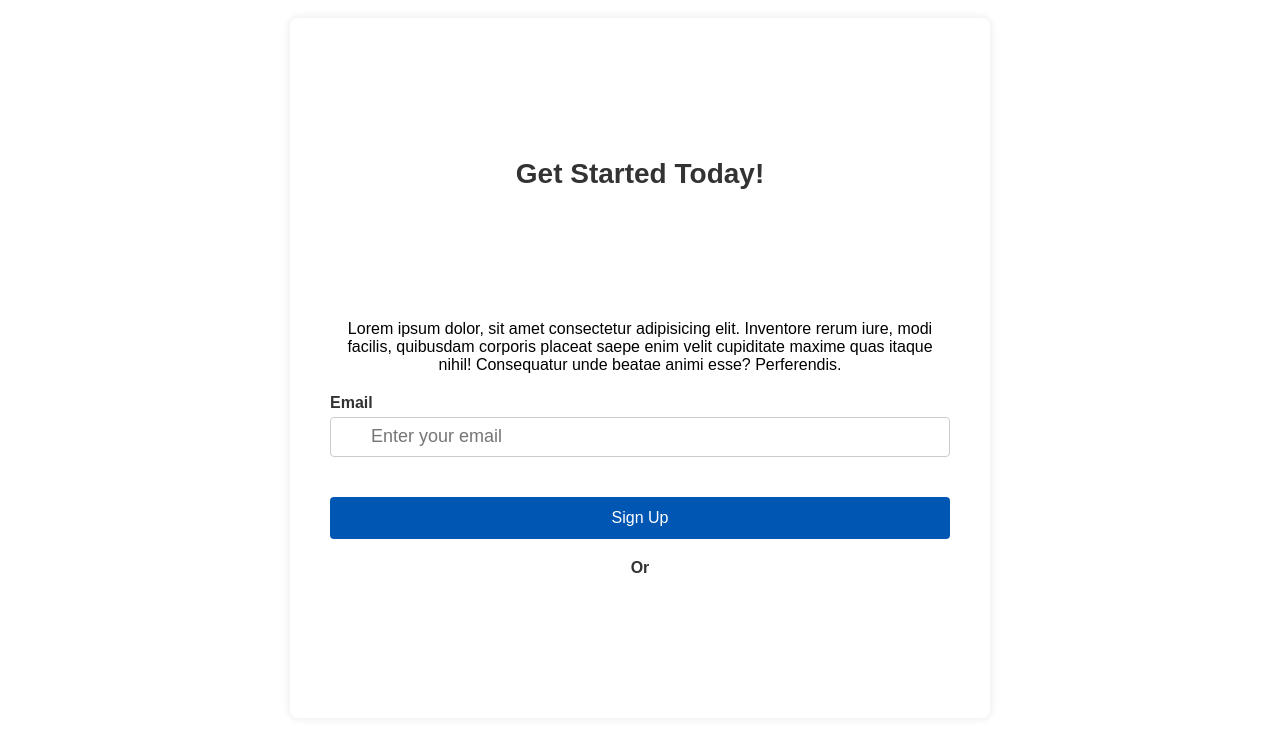
Repository: Femi007-gh/LOGIN-INTERFACE
Page: index.html
An editor plug-in stored every save of this project. The page is shown before and after a run of saves, followed by the edit.
The browser window is 1280 px wide. The pictures show the whole page.

Above is the page before, as saved 2025-01-21 06:50:25.

### index.html
<html>
  <head>
    <title></title>
    <link rel="stylesheet" href="style.css">
  </head>
  <body>
    <div class="container">
      <div class="left-session">
        <div class="form-container">
          <h1>Get Started Today!</h1>
          <p>Lorem ipsum dolor, sit amet consectetur adipisicing elit. Inventore rerum iure, modi facilis, quibusdam corporis placeat saepe enim velit cupiditate maxime quas itaque nihil! Consequatur unde beatae animi esse? Perferendis.</p>
          <form>
            <div class="inter-group">
              <p>Email</p>
              <input type="email" id="email" placeholder="Enter your email" class="email">
            </div>
           <button class="primary-btn" type="submit">
              Sign Up
            </button>
            </form>
            <p class="divider">Or</p>
            <div class="social-buttons">

      </div>
      <div class="right-section"></div>
    </div>
  </body>
</html>

### style.css
body {
  font-family: Arial, sans-serif;
  display: flex;
  justify-content: center;
  align-items: center;
  height: 100vh;
}

.container {
  display: flex;
  width: 700px;
  height: 700px;
  background-color: white;
  border-radius: 8px;
  box-shadow: 0 0 10px rgba(0, 0, 0, 0.1);
}

.left-session {
  flex: 1;
  padding: 40px;
  display: flex;
  flex-direction: column;
  justify-content: center;
}

.form-container {
  text-align: center;
}

h1 {
  font-size: 28px;
  margin-bottom: 130px;
  color: #333;
}

p {
  mar
  color: #666;
}

.inter-group {
  margin: 20px 0;
  text-align: left;
}

.inter-group p {
  margin-bottom: 5px;
  font-weight: bold;
  color: #333;
}

.input-wrapper {
  position: relative;
}

input[type="email"], input[type="text"] {
  width: 620px;
  height: 40px;
  border: 1px solid #ccc;
  border-radius: 4px;
  margin-bottom: 20px;
  padding-left: 40px;
  font-size: 18px;
}

.email-icon, .app-icon {
  position: absolute;
  left: 10px;
  top: 50%;
  transform: translateY(-50%);
  width: 20px;
  height: 20px;
}

.primary-btn {
  background-color: #0056b3;
  color: white;
  border: none;
  padding: 12px 20px;
  border-radius: 4px;
  cursor: pointer;
  font-size: 16px;
  width: 100%;
  display: flex;
  align-items: center;
  justify-content: center;
  transition: background-color 0.3s ease;
}

.primary-btn:hover {
  background-color: #004494;
}

.primary-btn .message-icon {
  margin-right: 10px;
  width: 20px;
  height: 20px;
}

.divider {
  text-align: center;
  font-weight: bold;
  margin: 20px 0;
  color: #333;
}

.social-buttons {
  display: flex;
  flex-direction: column;
  gap: 15px;
}

.social-buttons .input-wrapper {
  background-color: transparent;
}

.center-text {
  text-align: center;
  margin-top: 20px;
  color: #333;
}

.center-text a {
  color: #0056b3;
  text-decoration: none;
  font-weight: bold;
}

.center-text a:hover {
  text-decoration: underline;
}

After the next 2 saves:
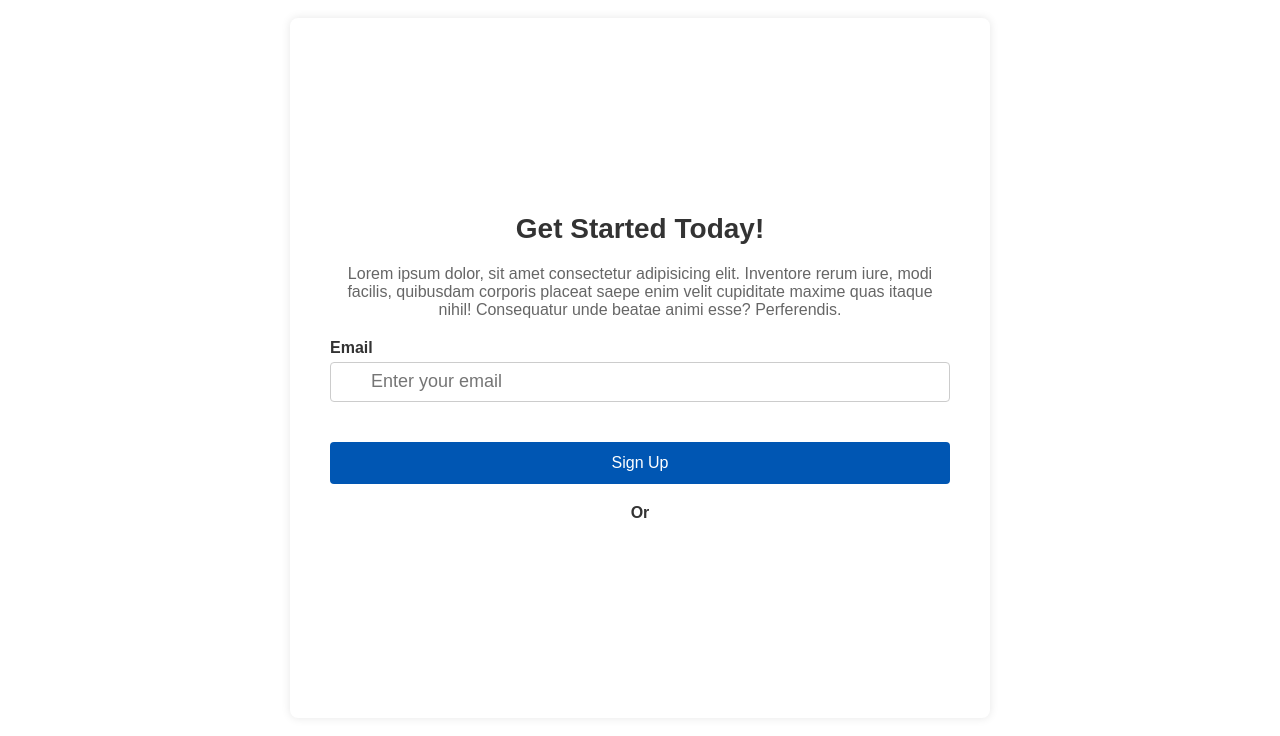
The 2 saves are shown as one change because they came seconds apart.
The last was saved 34 s later.
--- a/style.css
+++ b/style.css
@@ -29,12 +29,12 @@ body {
 
 h1 {
   font-size: 28px;
-  margin-bottom: 130px;
+  margin-bottom: 20px;
   color: #333;
 }
 
 p {
-  mar
+  margin: 10px 0;
   color: #666;
 }
 
